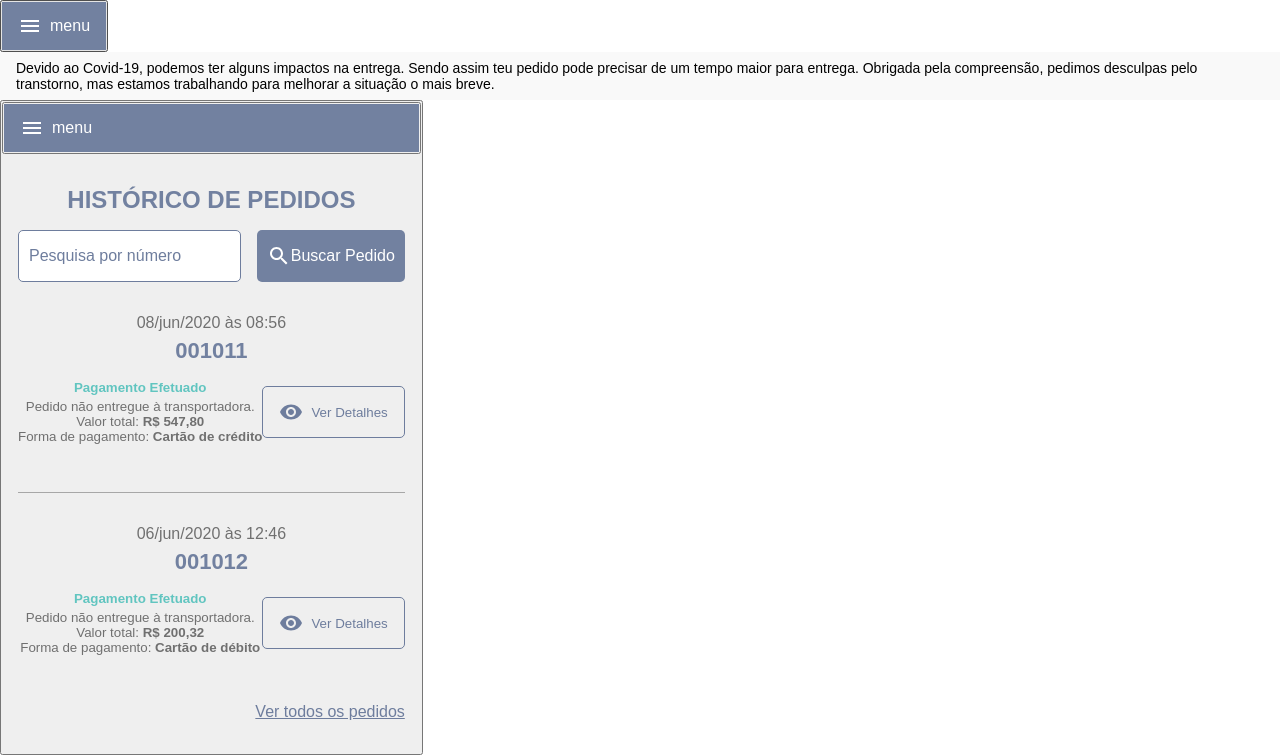
Repository: indiamarasiqueira/gestao-produto
Page: /
These files come from the project's save history. The page is drawn as it stood at one moment and after the next save; the edit follows.
The browser window is 1280 px wide. The pictures show the whole page.
The project was rebuilt for these pictures with package versions that can differ from the ones it lists, and the page was loaded fresh each time. Also part of the build but not shown: src/pages/generic/style.js, src/pages/generic/index.js, src/components/ModalMenu/index.js.

Above is the page before, as saved 2020-07-07 10:49:07.

### src/global.js
import { createGlobalStyle } from "styled-components";

const GlobalStyle = createGlobalStyle`
    * {
        margin: 0;
        padding: 0;
        outline: 0;
        box-sizing: border-box;
    }
   html, body, #root {
    margin: 0;
    padding: 0;
    font-family: 'Montserrat', sans-serif;
    -webkit-font-smoothing: antialiased;
    -moz-osx-font-smoothing: grayscale;
    background-color: #ffffff;
    }
`;
export default GlobalStyle;

### src/routes.js
import React from "react";
import { BrowserRouter, Switch, Route } from "react-router-dom";

import GenericPage from "./pages/generic";
import AppMenu from "./components/AppMenu";
import OrderHistory from "./pages/orderHistory";
import AlertCovid from "./components/AlertCovid";

export default function Routes() {
  return (
    <BrowserRouter>
      <Switch>
        <Route path="*">
          <AppMenu />
          <AlertCovid />
          <Route path="/perfil" exact component={() => <GenericPage title="Meu Perfil" />} />
          <Route path="/localizacao" exact component={() => <GenericPage title="Meus endereços" />} />
          <Route path="/favoritos" exact component={() => <GenericPage title="Lista de favoritos" />} />
          <Route path={["/", "/pedidos"]} exact component={OrderHistory} />
        </Route>
      </Switch>
    </BrowserRouter>
  );
}

### src/components/AppMenu/index.js
import React, { useState } from "react";
import { useHistory } from "react-router-dom";

import MenuIcon from "@material-ui/icons/Menu";
import LockOpenIcon from "@material-ui/icons/LockOpen";
import HistoryIcon from "@material-ui/icons/History";
import RoomOutlinedIcon from "@material-ui/icons/RoomOutlined";
import FavoriteBorderIcon from "@material-ui/icons/FavoriteBorder";
import CloseIcon from "@material-ui/icons/Close";

import ModalMenu from '../ModalMenu/index';

import {
  MenuMain,
  Button,
  BoxIcon,
  MainMenu,
  UserInfo,
  UserInfoName,
  UserInfoEmail,
  MenuList,
  MenuListItem,
  MenuIconImage
} from "./style";

const AppMenu = () => {
  const history = useHistory();
  const [show, showModal] = useState(false);
  const navigate = (route) => {
    history.push(route);
    showModal(false);
  }

  return (
    <MenuMain>
      <Button onClick={() => showModal(!show)}>
        <BoxIcon>{show ? <CloseIcon /> : <MenuIcon />}</BoxIcon>
        menu
      </Button>
      <ModalMenu show={show}>
        <MainMenu>
          <UserInfo>
            <UserInfoName>Caroline Melinda W Effting</UserInfoName>
            <UserInfoEmail>effting.caroline@gmail.com</UserInfoEmail>
          </UserInfo>
          <MenuList>
            <MenuListItem onClick={() => navigate("/perfil")}>
              <MenuIconImage>
                <LockOpenIcon />
              </MenuIconImage>
              <span className="menu-label">meu perfil</span>
            </MenuListItem>
            <MenuListItem onClick={() => navigate("/pedidos")}>
              <MenuIconImage>
                <HistoryIcon />
              </MenuIconImage>
              <span className="menu-label">histórico de pedidos</span>
            </MenuListItem>
            <MenuListItem onClick={() => navigate("/localizacao")}>
              <MenuIconImage>
                <RoomOutlinedIcon />
              </MenuIconImage>
              <span className="menu-label">meus endereços</span>
            </MenuListItem>
            <MenuListItem onClick={() => navigate("/favoritos")}>
              <MenuIconImage>
                <FavoriteBorderIcon />
              </MenuIconImage>
              <span className="menu-label">lista de favoritos</span>
            </MenuListItem>
          </MenuList>
        </MainMenu>
      </ModalMenu>
    </MenuMain>
  );
};
export default AppMenu;

### src/pages/orderHistory/index.js
import React, { Fragment, useState } from "react";

import AppMenu from '../../components/AppMenu'
import BoxSearch from "../../components/BoxSearch/index";
import HeaderTitle from "../../components/HeaderTitle";
import Order from "../../components/Order/index";

import { MenuMain }  from './style'

const OrderHistory = () => {
  const [value, setValue] = useState('');
  const [query, setQuery] = useState('');
  const handleChange = (e) => setValue(e.target.value);

  const handleSubmit = (e) => {
    e.preventDefault();
    setQuery(value);
  }

  return (
    <MenuMain>
      <AppMenu />
      <HeaderTitle>HISTÓRICO DE PEDIDOS</HeaderTitle>
      <BoxSearch value={value} handleChange={handleChange} handleSubmit={handleSubmit} />
      <Order query={query} />
    </MenuMain>
  );
};
export default OrderHistory;

### src/components/AlertCovid/index.js
import React from "react";

import { Alert } from './style';

const AlertCovid = () => {
  return (
    <Alert>
      Devido ao Covid-19, podemos ter alguns impactos na entrega. Sendo assim teu pedido pode precisar de um tempo maior
      para entrega. Obrigada pela compreensão, pedimos desculpas pelo transtorno, mas estamos trabalhando para melhorar
      a situação o mais breve.
    </Alert>
  );
};
export default AlertCovid;

### src/components/HeaderTitle/index.js
import React from "react";

import { Title } from "./style";

const HeaderTitle = (props) => {
  return <Title>{props.children}</Title>;
};
export default HeaderTitle;

### src/components/AppMenu/style.js
import styled from "styled-components";

export const MenuMain = styled.button`


`;
export const Button = styled.button`
  display: flex;
  align-items: center;
  justify-content: start;
  padding: 12px 16px;
  border: none;
  background: #7281A0;
  width: 100%;
  color: #ffffff;
  font-size: 16px;
  transition: all 0.2s ease-out;
  height: 48px;

  :hover{
    color: #7281A0;
    background: #F4F4F4;
  }
`;
export const BoxIcon = styled.div`
  display: inline-block;
  margin-right: 8px;
  height: 24px;
`;
export const MainMenu = styled.div`
  color: #717171;
  padding: 0 16px;
  border-bottom: 1px solid rgba(0, 0, 0, 0.3);
  position: fixed;
  top: 48px;
  left: 0;
  right: 0;
  bottom: 0;
  background: #fff;
`;

// User
export const UserInfo = styled.div`
  padding: 16px 0;
`;
export const UserInfoName = styled.p`
  margin-bottom: 8px;
`;
export const UserInfoEmail = styled.p``;
// Menu
export const MenuList = styled.nav``;

export const MenuListItem = styled.a`
  display: flex;
  align-items: center;
  padding: 16px 0;
  border-top: 1px solid rgba(0, 0, 0, 0.3);

  :hover{
    color: #707070;
    background: #F4F4F4;
  }
`;
export const MenuIconImage = styled.i`
  padding-left: 4px;
  padding-right: 16px;
`;

### src/components/BoxSearch/index.js
import React from "react";

import { Box, InputText, ButtonSearch } from "./style";
import SearchIcon from "@material-ui/icons/Search";

const BoxSearch = (props) => {
  return (
    <Box onSubmit={props.handleSubmit}>
      <InputText
        type="number"
        placeholder="Pesquisa por número"
        value={props.value}
        onChange={props.handleChange}
      />
      <ButtonSearch type="submit">
        <SearchIcon />
        <span className="search-text">Buscar Pedido</span>
      </ButtonSearch>
    </Box>
  );
};
export default BoxSearch;

### src/components/Order/index.js
import React, { useState } from "react";

import VisibilityIcon from "@material-ui/icons/Visibility";
import orderData from '../../db.json'

import {
  Empty,
  OrderList,
  OrderListItem,
  OrderDate,
  OrderId,
  OrderBox,
  OrderInfo,
  OrderStatus,
  ButtonOutline,
  OrderAll,
} from "./style";

const findOrder = (detail, query) => {
  const list = orderData.data;

  if (query){
    const regex = new RegExp(query);

    return list.filter(item => regex.test(item.id))
  }

  return detail ? orderData.data : orderData.data.slice(0, 2);
}


const Order = ({query}) => {
  const [detail, setDetail] = useState(false);
  const list = findOrder(detail, query)

  if (!list.length) {
    return <Empty>nenhum pedido encontrado :(</Empty>
  }

  return (
    <OrderList>
      {list.map((item, key) => (
        <OrderListItem key={key}>
          <OrderDate>{item.date}</OrderDate>
          <OrderId>{item.id}</OrderId>
          <OrderBox>
            <OrderInfo>
              <OrderStatus>{item.title}</OrderStatus>
              <p>
                {item.description}
                <br />
                Valor total: <b>R$ {item.price} </b>
                <br />
                Forma de pagamento: <b>{item.payment}</b>
              </p>
            </OrderInfo>
            <ButtonOutline>
              <VisibilityIcon />
              Ver Detalhes
            </ButtonOutline>
          </OrderBox>
        </OrderListItem>
      ))}
      {!detail && <OrderAll onClick={setDetail}>Ver todos os pedidos</OrderAll>}
    </OrderList>
  );
};
export default Order;

### src/pages/orderHistory/style.js
import styled from "styled-components";

export const MenuMain = styled.button`
  @media all and (min-width: 600px) {
    display: grid;
    grid-template-rows: 1fr;
    height: 100%;
  }
`;

### src/components/AlertCovid/style.js
import styled from "styled-components";


// Main Page
export const Alert = styled.div`
  background: #f9f9f9;
  padding: 8px 16px;
  font-size: 14px;
`;

### src/components/HeaderTitle/style.js
import styled from "styled-components";

export const Title = styled.h1`
  color: #7281a0;
  padding: 16px;
  margin-top: 16px;
  font-weight: bold;
  font-size: 24px;
`;

### src/components/BoxSearch/style.js
import styled from "styled-components";

export const Box = styled.form`
  padding: 0 16px;
  display: flex;
  align-items: center;
  justify-content: space-between;
  max-width: 600px;

`;
export const InputText = styled.input`
  flex: 1;
  color: #7281a0;
  height: 52px;
  border-radius: 5px;
  border: 1px solid #6e7d9d;
  font-size: 16px;
  padding-left: 10px;

  ::placeholder {
    color: #6e7d9d;
  }
`;
export const ButtonSearch = styled.button`
  background: #7281a0;
  border-radius: 5px;
  height: 52px;
  border: none;
  margin-left: 16px;
  padding: 10px;
  color: #ffffff;
  font-size: 16px;
  display: flex;
  align-items: center;
  justify-content: center;

  @media all and (max-width: 600px){
    .search-text{
      display: none;
    }
  }
`;

### src/db.json
{
  "data": [
    {
      "id": "001011",
      "date": "08/jun/2020 às 08:56",
      "title": "Pagamento Efetuado",
      "description": "Pedido não entregue à transportadora.",
      "price": "547,80",
      "payment": "Cartão de crédito"

    },
    {
      "id": "001012",
      "date": "06/jun/2020 às 12:46",
      "title": "Pagamento Efetuado",
      "description": "Pedido não entregue à transportadora.",
      "price": "200,32",
      "payment": "Cartão de débito"
    },
    {
      "id": "001013",
      "date": "04/jun/2020 às 09:30",
      "title": "Pagamento Efetuado",
      "description": "Pedido não entregue à transportadora.",
      "price": "150,60",
      "payment": "Cartão de crédito"
    },
    {
      "id": "001014",
      "date": "29/mai/2020 às 17:30",
      "title": "Pagamento Efetuado",
      "description": "Pedido não entregue à transportadora.",
      "price": "83,58",
      "payment": "Cartão de débito"
    }
  ]

}

### src/components/Order/style.js
import styled from "styled-components";

export const Empty = styled.div`
  padding: 16px;
  color: #ccc;
  text-align: center;
`;
export const OrderList = styled.div`
  padding: 0 16px;
`;
export const OrderListItem = styled.div`
  padding: 32px 0;
  border-top: 1px solid rgba(0, 0, 0, 0.3);

  &:first-of-type {
    border-top-width: 0;
  }


`;
export const OrderDate = styled.p`
  color: #707070;
  font-size: 16px;
`;
export const OrderId = styled.p`
  padding-top: 6px;
  color: #7281a0;
  font-size: 22px;
  font-weight: bold;
`;
export const OrderBox = styled.div`

  @media all and (min-width: 600px){
    display: flex;
    align-items: center;
  }
`;
export const OrderInfo = styled.div`
  flex: 1;
  margin: 16px 0;
  color: #707070;

`;
export const OrderStatus = styled.p`
  color: #61c5c0;
  margin-bottom: 4px;
  font-weight: bold;
`;
export const ButtonOutline = styled.div`
  border-radius: 5px;
  border: 1px solid #6e7d9d;
  height: 52px;
  display: flex;
  align-items: center;
  justify-content: center;
  color: #6e7d9d;
  padding: 8px 16px;

  svg {
    margin-right: 8px;
  }
`;
export const OrderAll = styled.button`
  color: #6E7D9D;
  margin-bottom: 32px;
  background: none;
  border: none;
  text-decoration: underline;
  width: 100%;
  display: flex;
  align-items: center;
  justify-content: flex-end;
  font-size: 16px;
`;

Loaded but not shown: public/index.html (common file); src/index.js (common file)

After the next save:
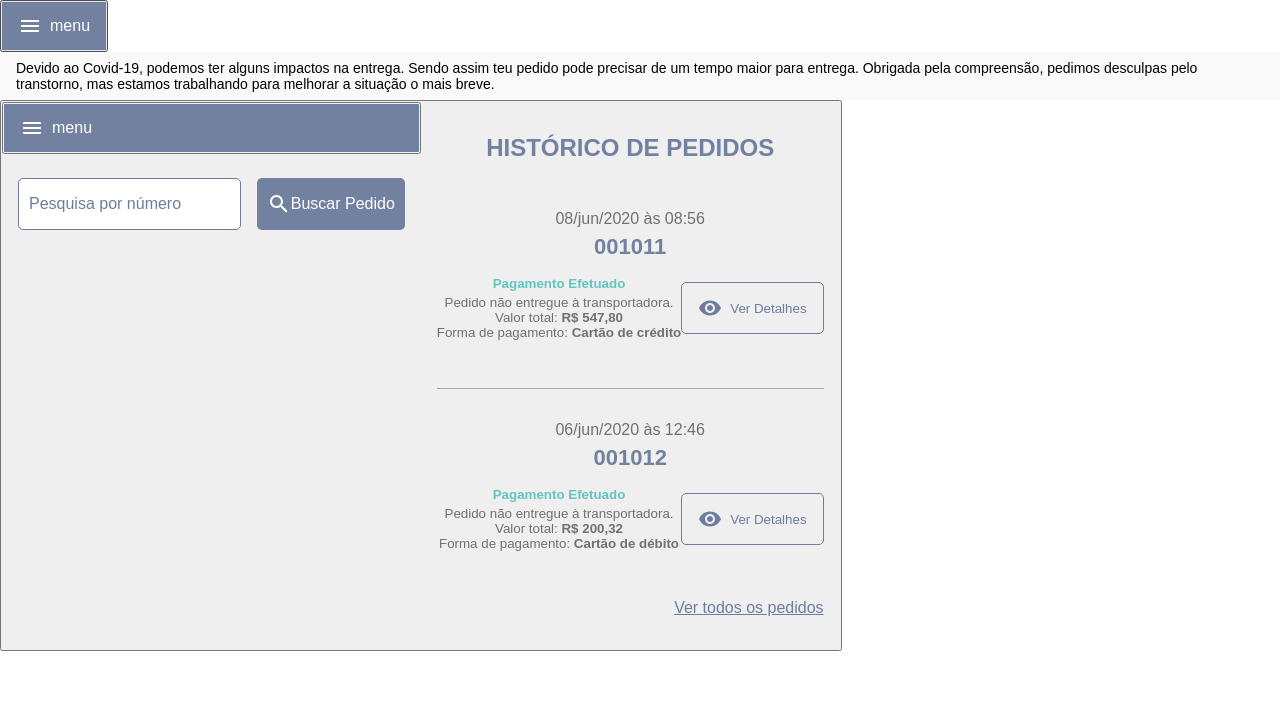
Saved 28 s later.
--- a/src/pages/orderHistory/style.js
+++ b/src/pages/orderHistory/style.js
@@ -1,9 +1,10 @@
 import styled from "styled-components";
 
 export const MenuMain = styled.button`
+
   @media all and (min-width: 600px) {
     display: grid;
-    grid-template-rows: 1fr;
+    grid-template-columns: 1fr 1fr;
     height: 100%;
   }
 `;
